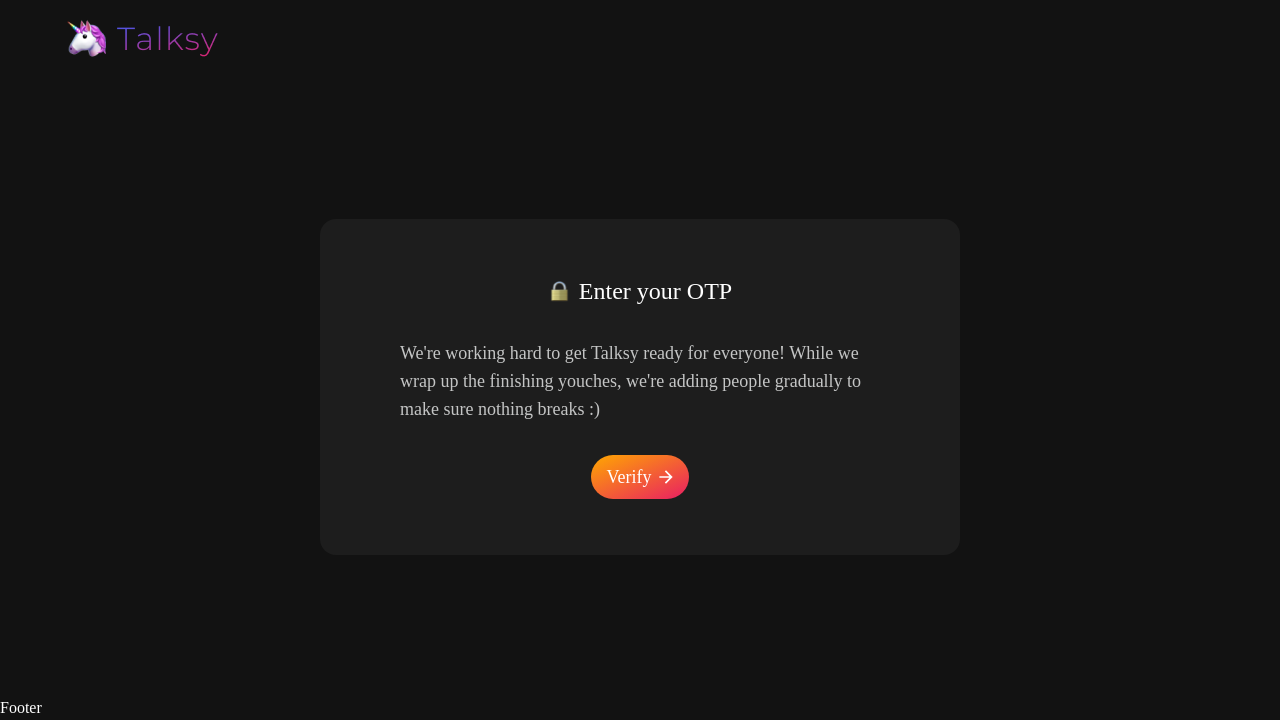
Repository: Krishna-bansall/Talksy
Page: /auth/otp (app in Frontend/)
An editor plug-in stored every save of this project. The page is shown before and after a run of saves, followed by the edit.
The browser window is 1280 px wide. The pictures show the whole page.
The project was rebuilt for these pictures with package versions that can differ from the ones it lists, and the page was loaded fresh each time. The framework's server and built-in components were replaced by stand-ins that run in the browser. Also part of the build but not shown: Frontend/next.config.js.

Above is the page before, as saved 2022-05-20 17:54:50.

### Frontend/pages/_app.tsx
import '../styles/globals.css'
import type { AppProps } from 'next/app'
import Layout from '../components/Layout'
import { store } from '../redux/store'
import { Provider } from 'react-redux'
import { RootState } from '../redux/store'
function MyApp({ Component, pageProps }: AppProps) {
  return (
    <Provider store={store}>
      <Layout>
        <Component {...pageProps} />
      </Layout>
    </Provider>
  )
}

export default MyApp

### Frontend/pages/auth/otp.tsx
import React from 'react'
import { Card } from '../../components/CardVariants'
import IconButton from '../../components/IconButton'
import lock from '../../public/Images/emojis/lock.svg'
import arrow from '../../public/Images/emojis/arrow.svg'
import Image from 'next/image'

const otp = () => {
  return (
    <div className="w-screen md:w-1/2">
      <Card>
        <div className="my-4 flex justify-center ">
          <Image src={lock} />
          <h1 className="ml-2 text-xl font-light md:text-2xl">
            Enter your OTP{' '}
          </h1>
        </div>
        <div className="my-4 flex justify-center ">
          <p className="px-20 text-base text-txtSecondary md:text-lg">
            We're working hard to get Talksy ready for everyone! While we wrap
            up the finishing youches, we're adding people gradually to make sure
            nothing breaks :)
          </p>
        </div>
        <div className="my-4 flex justify-center ">
          <IconButton buttonText="Verify" icon={arrow} route="/auth/otp" />
        </div>
      </Card>
    </div>
  )
}

export default otp

### Frontend/styles/globals.css
@tailwind base;
@tailwind components;
@tailwind utilities;

@import url('https://fonts.googleapis.com/css2?family=Poppins:wght@100;200;300;400;500;600;800;900&display=swap');
@import url('https://fonts.googleapis.com/css2?family=Montserrat:wght@100;200;300;400;500;600;700;900&display=swap');

### Frontend/components/Layout.tsx
import React, { FC, ReactNode } from 'react'
import { Navbar } from './Navbar'

const Layout: FC<ReactNode> = ({ children }) => {
  return (
    <div className="flex  min-h-screen flex-col justify-between bg-bgPrimary text-txtPrimary">
      <Navbar />
      <main className="flex min-h-[80vh] flex-col items-center justify-center ">
        {children}
      </main>
      <footer>Footer</footer>
    </div>
  )
}

export default Layout

### Frontend/redux/store.tsx
import { configureStore } from '@reduxjs/toolkit'
import { typeSlice } from './Auth/typeSlice'

export const store = configureStore({
  reducer: {
    type: typeSlice.reducer,
  },
})

// Infer the `RootState` and `AppDispatch` types from the store itself
export type RootState = ReturnType<typeof store.getState>
// Inferred type: {posts: PostsState, comments: CommentsState, users: UsersState}
export type AppDispatch = typeof store.dispatch

### Frontend/components/CardVariants.tsx
import React from 'react'
import Image from 'next/image'
import { ReactNode } from 'react'

// interface IProps {
//   heading: string
//   emoji: HTMLImageElement
//   middleElement?: JSX.Element
//   buttonText?: string
// }

export const Card: React.FC<ReactNode> = ({ children }) => {
  return (
    <div className="fontFamily-primary flex w-full flex-col justify-between rounded-2xl bg-bgSecondary py-10">
      {children}
    </div>
  )
}

### Frontend/components/IconButton.tsx
import React from 'react'

import Link from 'next/link'
import Image from 'next/image'

interface IBtnProps {
  buttonText: string
  icon?: any
  route?: string
  disabled?: boolean
  onClick?: (e: React.MouseEvent<HTMLElement>) => void
}
interface IVariantBtnProps {
  icon: any
  isSelected: string
  type: string
  setState: React.Dispatch<React.SetStateAction<string>>
}

const IconButton: React.FC<IBtnProps> = ({
  buttonText,
  icon,
  route,
  disabled,
  onClick,
}) => {
  return (
    <button
      disabled={disabled}
      onClick={(e: React.MouseEvent<HTMLElement>) =>
        onClick ? onClick(e) : undefined
      }
    >
      <Link href={`${route ? route : window.location.href}`}>
        <div
          className={`flex cursor-pointer rounded-3xl bg-gradient-to-br from-yellowCustom
        to-pinkCustom py-2 px-4 ${
          disabled ? 'cursor-not-allowed opacity-40' : null
        }`}
        >
          <h2 className="mr-2 text-lg">{buttonText}</h2>
          {icon ? <Image src={icon} /> : null}
        </div>
      </Link>
    </button>
  )
}

export const IconButtonVariant: React.FC<IVariantBtnProps> = ({
  icon,
  isSelected,
  type,
  setState,
}) => {
  const handleClick = (): void => {
    setState(type)
  }

  return (
    <button onClick={handleClick}>
      <div
        className={`flex h-16 w-16 cursor-pointer items-center justify-center rounded-xl ${
          isSelected === type
            ? 'bg-gradient-to-br from-yellowCustom to-pinkCustom  '
            : 'bg-inputBackground hover:bg-bgSecondary'
        } p-2`}
      >
        <Image src={icon} />
      </div>
    </button>
  )
}

export default IconButton

### Frontend/components/Navbar.tsx
import React from 'react'
import Image from 'next/image'
import Link from 'next/link'

import logo from '../public/Images/logo.png'

export const Navbar = () => {
  return (
    <div className="px-16 py-4">
      <Link href="/">
        <Image className="cursor-pointer" src={logo} />
      </Link>
    </div>
  )
}

### Frontend/redux/Auth/typeSlice.tsx
import { createSlice, PayloadAction } from '@reduxjs/toolkit'

export interface ITypeState {
  value: string
}

const initialState: ITypeState = {
  value: 'phone',
}

export const typeSlice = createSlice({
  name: 'type',
  initialState,
  reducers: {
    mailDo: (state: ITypeState) => {
      state.value = 'mail'
    },
    phone: (state: ITypeState) => {
      state.value = 'phone'
    },
    otp: (state: ITypeState) => {
      state.value = 'otp'
    },
  },
})

// Action creators are generated for each case reducer function
export const { mailDo, phone, otp } = typeSlice.actions

export default typeSlice.reducer

### Frontend/tailwind.config.js
module.exports = {
  content: [
    './pages/**/*.{js,ts,jsx,tsx}',
    './components/**/*.{js,ts,jsx,tsx}',
  ],
  theme: {
    colors: {
      bgPrimary: '#121212',
      bgSecondary: '#1D1D1D',
      txtPrimary: '#fff',
      txtSecondary: '#C4C5C5',
      blueCustom: '#0077FF',
      purpleCustom: '#5453E0',
      greenCustom: '#20BD5F',
      yellowCustom: '#FFA800',
      redCustom: '#F44336',
      pinkCustom: '#E91E63',
      borderLines: '#323232',
      inputBackground: '#262626',
    },
    fontFamily: {
      sans: ['Poppins'],
      secondarySans: ['Montserrat'],
    },
    extend: {},
  },
  plugins: [],
}

### Frontend/components/Input.tsx
import React from 'react'

const Input = (props: React.InputHTMLAttributes<HTMLInputElement>) => {
  return (
    <div>
      <input
        type="text"
        className="rounded-lg bg-inputBackground p-4 font-secondarySans text-lg font-thin focus:outline-none "
        {...props}
      />
    </div>
  )
}

export default Input

After the next 5 saves:
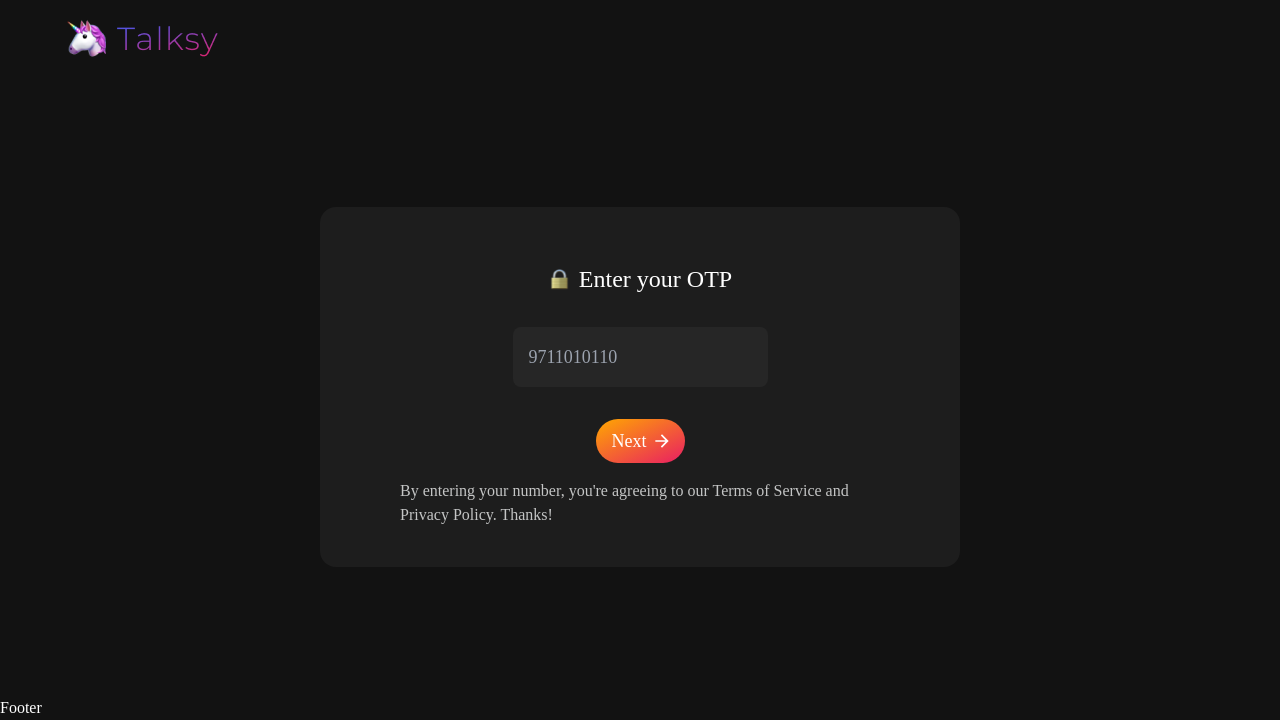
The 5 saves are shown as one change because 4 did not build or start.
The last was saved 2 min 24 s later.
--- a/Frontend/pages/auth/otp.tsx
+++ b/Frontend/pages/auth/otp.tsx
@@ -1,11 +1,14 @@
-import React from 'react'
+import React, { useState } from 'react'
 import { Card } from '../../components/CardVariants'
 import IconButton from '../../components/IconButton'
 import lock from '../../public/Images/emojis/lock.svg'
 import arrow from '../../public/Images/emojis/arrow.svg'
 import Image from 'next/image'
+import Input from '../../components/Input'
 
 const otp = () => {
+  const [otp, setOtp] = useState<number>(1234)
+
   return (
     <div className="w-screen md:w-1/2">
       <Card>
@@ -16,15 +19,24 @@
           </h1>
         </div>
         <div className="my-4 flex justify-center ">
-          <p className="px-20 text-base text-txtSecondary md:text-lg">
-            We're working hard to get Talksy ready for everyone! While we wrap
-            up the finishing youches, we're adding people gradually to make sure
-            nothing breaks :)
-          </p>
+          <Input
+            type="number"
+            onChange={(e) => setOtp(e.target.value)}
+            placeholder="9711010110"
+          />
         </div>
         <div className="my-4 flex justify-center ">
-          <IconButton buttonText="Verify" icon={arrow} route="/auth/otp" />
+          <IconButton
+            buttonText="Next"
+            icon={arrow}
+            route="/auth/otp"
+            onClick={(e) => handleClick(e)}
+          />
         </div>
+        <p className="px-20 text-sm text-txtSecondary md:text-base">
+          By entering your number, you're agreeing to our Terms of Service and
+          Privacy Policy. Thanks!
+        </p>
       </Card>
     </div>
   )
